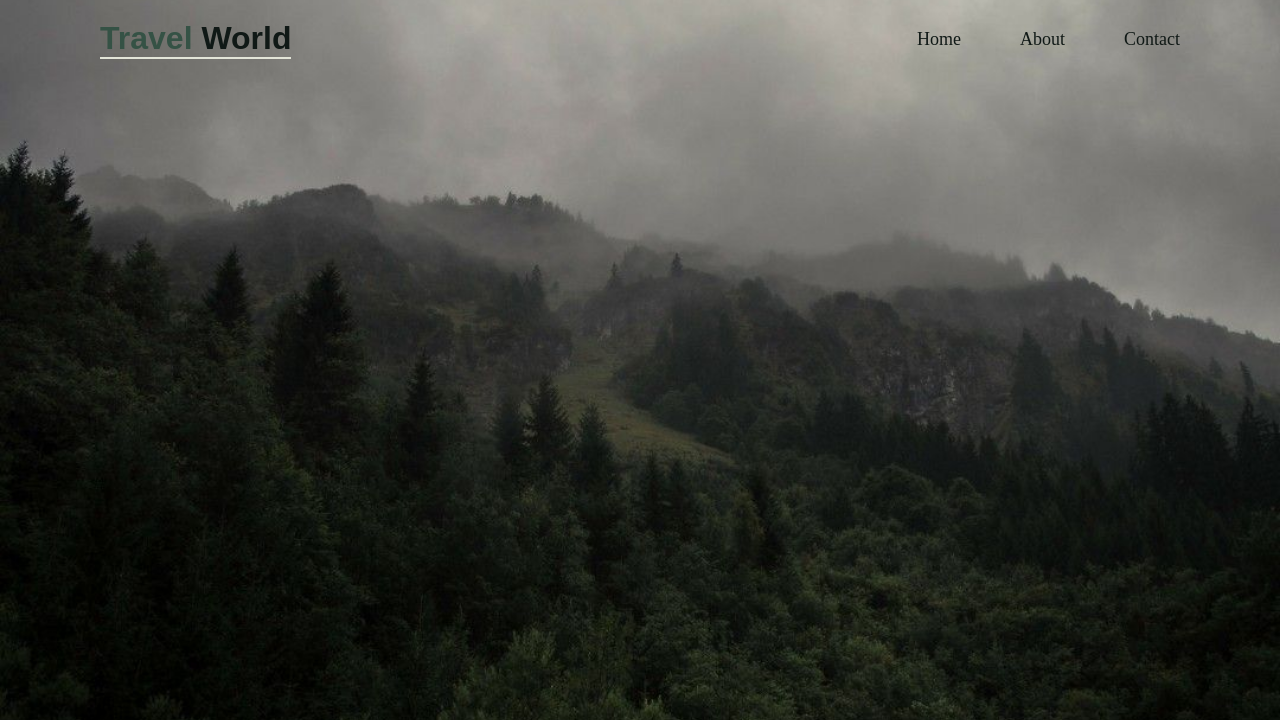
Repository: Haakim19/TravelWorld
Page: html/index.html
The author's editor kept a copy of each file at every save. The page is drawn from the files as they stood at one save, then again after the next save.
The browser window is 1280 px wide. The pictures show the whole page.

Above is the page before, as saved 2024-10-30 23:55:16.

### html/index.html
<!DOCTYPE html>
<html lang="en">
<head>
    <meta charset="UTF-8">
    <meta name="viewport" content="width=device-width, initial-scale=1.0">
    <title>Travel World</title>
    <link rel="stylesheet" href="../css/main.css">
</head>
<body>
    <header class="header">
        <h1 class="name">Travel <span>World</span></h1>
        <nav class="navbar">
                <a href="#">Home</a>
                <a href="#">About</a>
                <a href="#">Contact</a>
        </nav>
    </header>
    <!-- <img src="../assets/mirissa.jpg" alt=""> -->
    <!-- <div class="main-content">
        <div class="content">
            <h1>Sri Lanka</h1>
            <h2>Uncover the Wonders of the Pearl Island!</h2>
            <p>Discover the essence of Sri Lanka with a team that knows every hidden gem and iconic wonder! Our mission is to turn your trip into a blend of relaxation, excitement, and cultural discovery. From misty highlands and golden shores to rich heritage sites, our custom tours celebrate Sri Lanka’s breathtaking diversity. Get ready to make memories you’ll cherish forever as we take care of every detail for a truly magical journey!</p>
        </div>
        <div class="hover-card">
            <div id="card1">
                <div id="image-slider">
                    <img src="../assets/arugam bay.jpg" alt="">
                </div>
                <div id="card-content">
                    <h3><B>Pristine Beaches</B></h3>
                    <p> Golden sands and crystal-clear waters perfect for relaxation and water sports.</p>
                </div>
            </div>
            <div id="card2">
                <div id="image-slider">
                    <img src="../assets/teafeald.avif" alt="teafeald">
                    <img src="../assets/teafeald2.avif" alt="teafeald">
                </div>
                <div id="card-content">
                    <h3><B>Lush Tea Plantations</B></h3>
                    <p> Explore scenic hillsides and savor world-renowned Ceylon tea.</p>
                </div>
            </div>
            <div id="card3">
                <div id="image-slider">
                    <img src="../assets/temple.jpg" alt="temple">
                    <img src="../assets/ruins.webp" alt="">
                    <img src="../assets/temple3.jpg" alt="">
                </div>
                <div id="card-content">
                    <h3><B>Ancient Temples & Ruins</B></h3>
                    <p> Dive into a rich history with UNESCO heritage sites and sacred relics.</p>
                </div>
            </div>
            <div id="card4">
                <div id="image-slider">
                    <img src="../assets/yala.jpg" alt="">
                    <img src="../assets/wildlife.webp" alt="">
                    <img src="../assets/wildlife02.jpg" alt="">
                    <img src="../assets/wildlife04.jpg" alt="">
                </div>
                <div id="card-content">
                    <h3><B>Wildlife Safaris</B></h3>
                    <p> Encounter elephants, leopards, and exotic birds in diverse national parks.</p>
                </div>
            </div>
            <div id="card5">
                <div id="image-slider">
                    <img src="../assets/Ella02.jpg" alt="Ella">
                    <img src="../assets/Hanthana.jpg" alt="">
                    <img src="../assets/mountains02.jpg" alt="">
                </div>
                <div id="card-content">
                    <h3><B>Mountain Escapes</B></h3>
                    <p> Misty highlands with waterfalls, hiking trails, and cool climates.</p>
                </div>
            </div>
            <div id="card6">
                <div id="image-slider">
                    <img src="../assets/festivel.jpg" alt="">
                    <img src="../assets/festivel02.jpg" alt="">
                </div>
                <div id="card-content">
                    <h3><B>Cultural Festivals</B></h3>
                    <p> Vibrant celebrations showcasing traditional dance, music, and customs.</p>
                </div>
            </div>
            <div id="card7">
                <div id="image-slide">
                    <img src="../assets/cuisine.jpeg" alt="">
                    <img src="../assets/cuisine02.jpeg" alt="">
                    <img src="../assets/cuisine03.jpg" alt="">

                </div>
                <div id="card-content">
                    <h3><B>Flavorful Cuisine</B></h3>
                    <p> Delight in spicy curries, fresh seafood, and tropical fruits.</p>
                </div>
            </div>

        </div>
    </div>
    <div class="footer">
        <div id="icon">
            <img src="../assets/twitter.png" alt="twitter">
            <img src="../assets/facebook.png" alt="facebook">
            <img src="../assets/instagram.png" alt="instagram">
            <img src="../assets/whatsapp.png" alt="whatsapp">
        </div>
    </div> -->
</body>
</html>

### css/main.css
*{
    --color1: #101916;
    --color2:#355245;
    --color3:#afc186;
    --color4:#648374;
    --color5:#e3e5d8;
    --font01:Marker Felt, fantasy;
    --font02:cursive;
    --font03:DejaVu Sans Mono, monospace;
    --font04:Comic Sans MS, cursive;
    margin: 0;
    padding: 0;
    box-sizing: border-box;
}
body{
    min-height: 100vh;
    /* background: url('https://i.pinimg.com/564x/c7/36/f8/c736f83436d84ddc039fe42de40c8ec7.jpg'); */
    background:url('../assets/bg.jpg') no-repeat;
    background-size: cover;
    background-position: center;
}
.header{
    position: fixed;
    top: 0;
    left: 0;
    width: 100%;
    padding: 20px 100px;
    display: flex;
    background:transparent;
    justify-content:space-between;
    align-items: center;
    z-index: 100;
}
.name{
    font-family: "poppins", sans-serif;
    font-size: 32px;
    color: var(--color2);
    text-decoration: none;
    font-weight: 700;
    border-bottom: 2px solid var(--color1);
    animation: animation 1s infinite;
}
.name span{
    color: var(--color1);
}
@keyframes animation{
    From{
        border-color: var(--color5);
    }
    To{
        border-color: var(--color1);
    }
}
.navbar a{
    position: relative;
    font-size: 18px;
    color: var(--color1);
    text-decoration: none;
    font-weight: 500;
    margin-left: 55px;
}
.navbar a::before{
    content: '';
    position: absolute;
    top: 100%;
    width: 0;
    left: 0;
    height: 2.5px;
    border-radius:100%;
    background: var(--color1);
}
.navbar a:hover::before{
    width: 100%;
    transition: 0.3s;
}

After the next save:
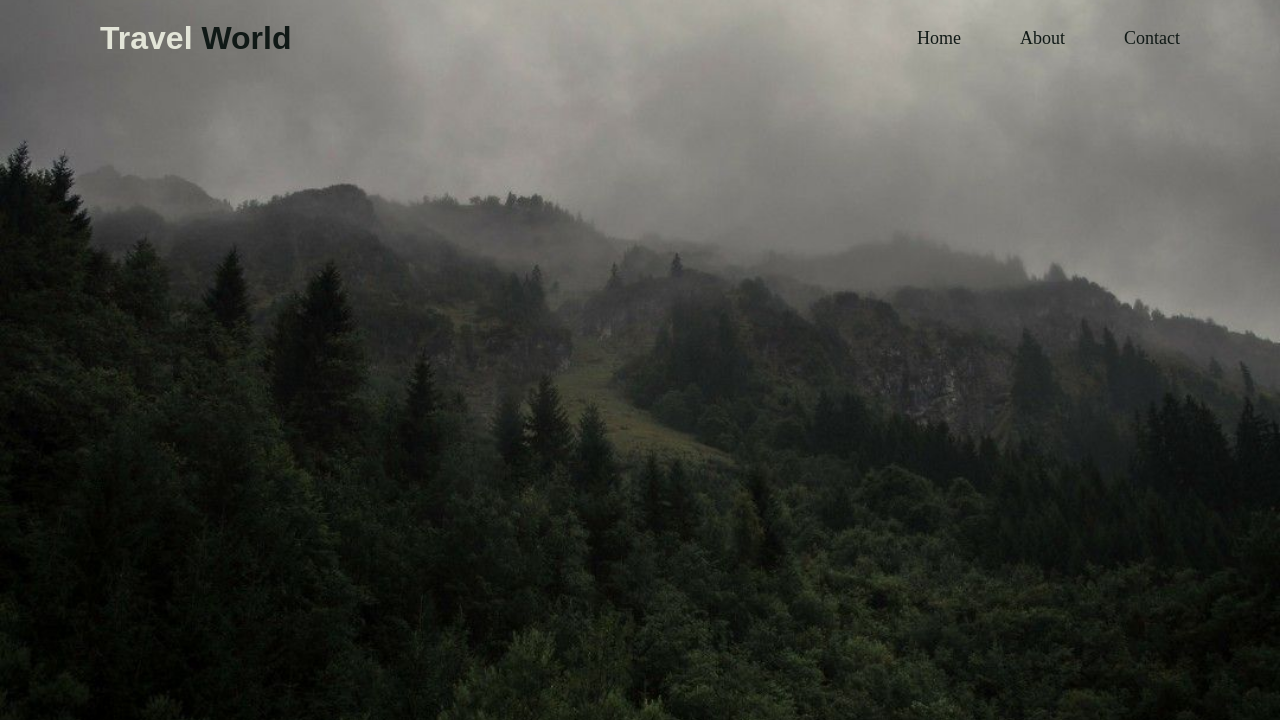
Saved 28 s later.
--- a/css/main.css
+++ b/css/main.css
@@ -37,7 +37,6 @@ body{
     color: var(--color2);
     text-decoration: none;
     font-weight: 700;
-    border-bottom: 2px solid var(--color1);
     animation: animation 1s infinite;
 }
 .name span{
@@ -45,10 +44,10 @@ body{
 }
 @keyframes animation{
     From{
-        border-color: var(--color5);
+        color: var(--color5);
     }
     To{
-        border-color: var(--color1);
+        color: var(--color1);
     }
 }
 .navbar a{
